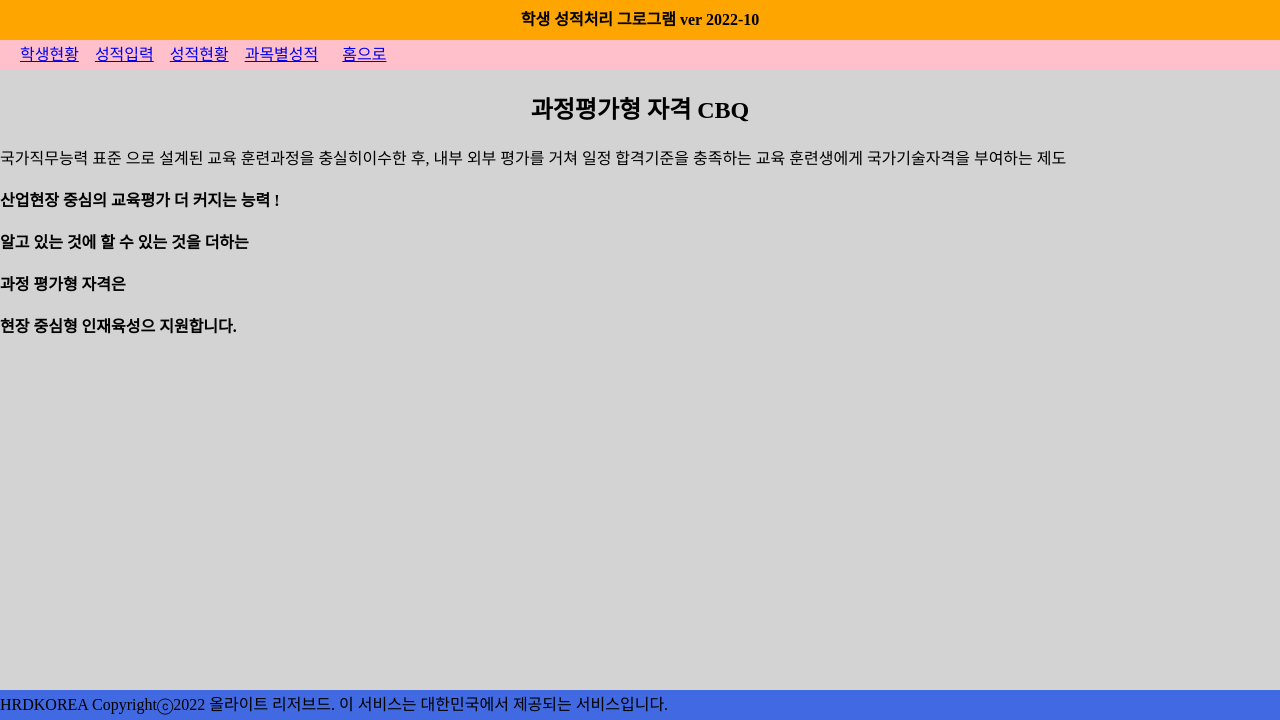
Repository: GotChun/license_practice
Page: http://localhost/HRD_0525/
The author's editor kept a copy of each file at every save. The page is drawn from the files as they stood at one save, then again after the next save.
The browser window is 1280 px wide. The pictures show the whole page.
The page is served by Tomcat 9.

Above is the page before, as saved 2025-02-22 07:43:26.

After the next save:
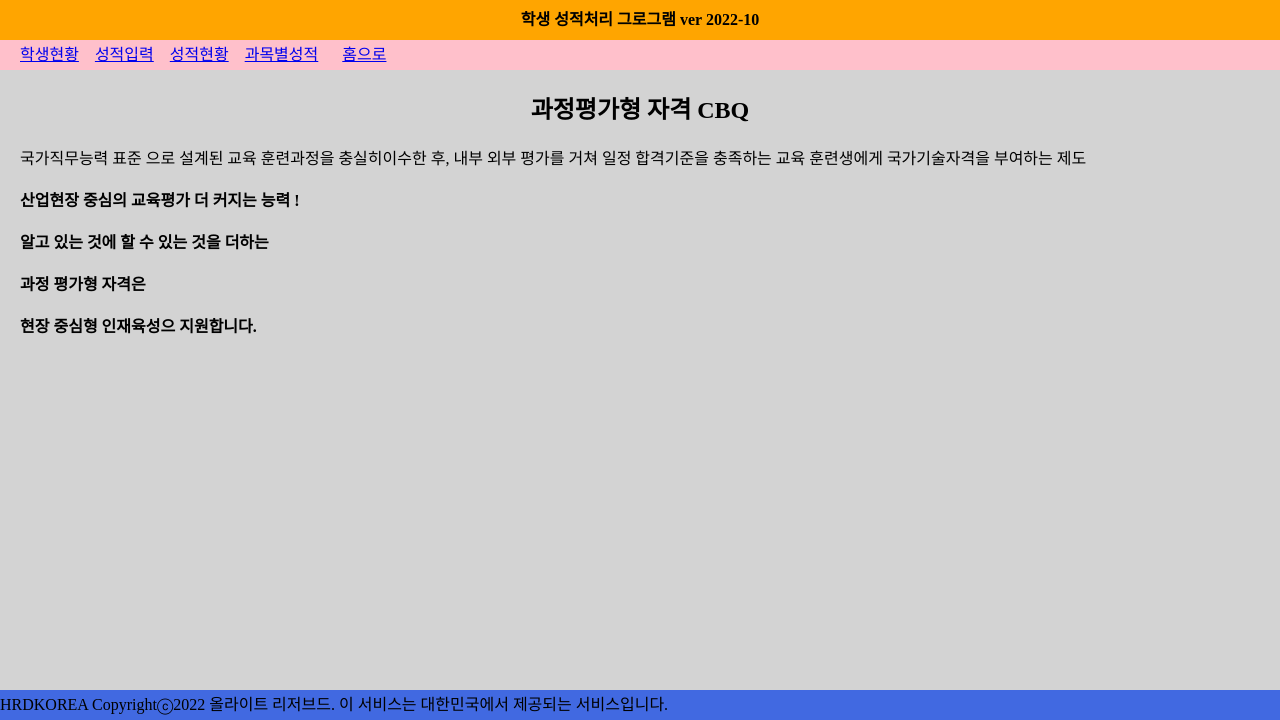
Saved 51 s later.
--- a/HRD_0525/src/main/webapp/index.jsp
+++ b/HRD_0525/src/main/webapp/index.jsp
@@ -12,7 +12,7 @@
 
 <section style="position:fixed; top:70px; left:0px; width:100%; height:100%; background-color:lightgray;">
 <h2 style="text-align:center;"> 과정평가형 자격 CBQ</h2>
-<p>
+<p style="padding-left:20px;">
 국가직무능력 표준 으로 설계된 교육 훈련과정을 충실히이수한 후, 내부 외부 평가를 거쳐 일정 합격기준을 충족하는 교육 훈련생에게 국가기술자격을 부여하는 제도 <br> <br>
 
 <b>산업현장 중심의 교육평가 더 커지는 능력 !</b> <br><br>
